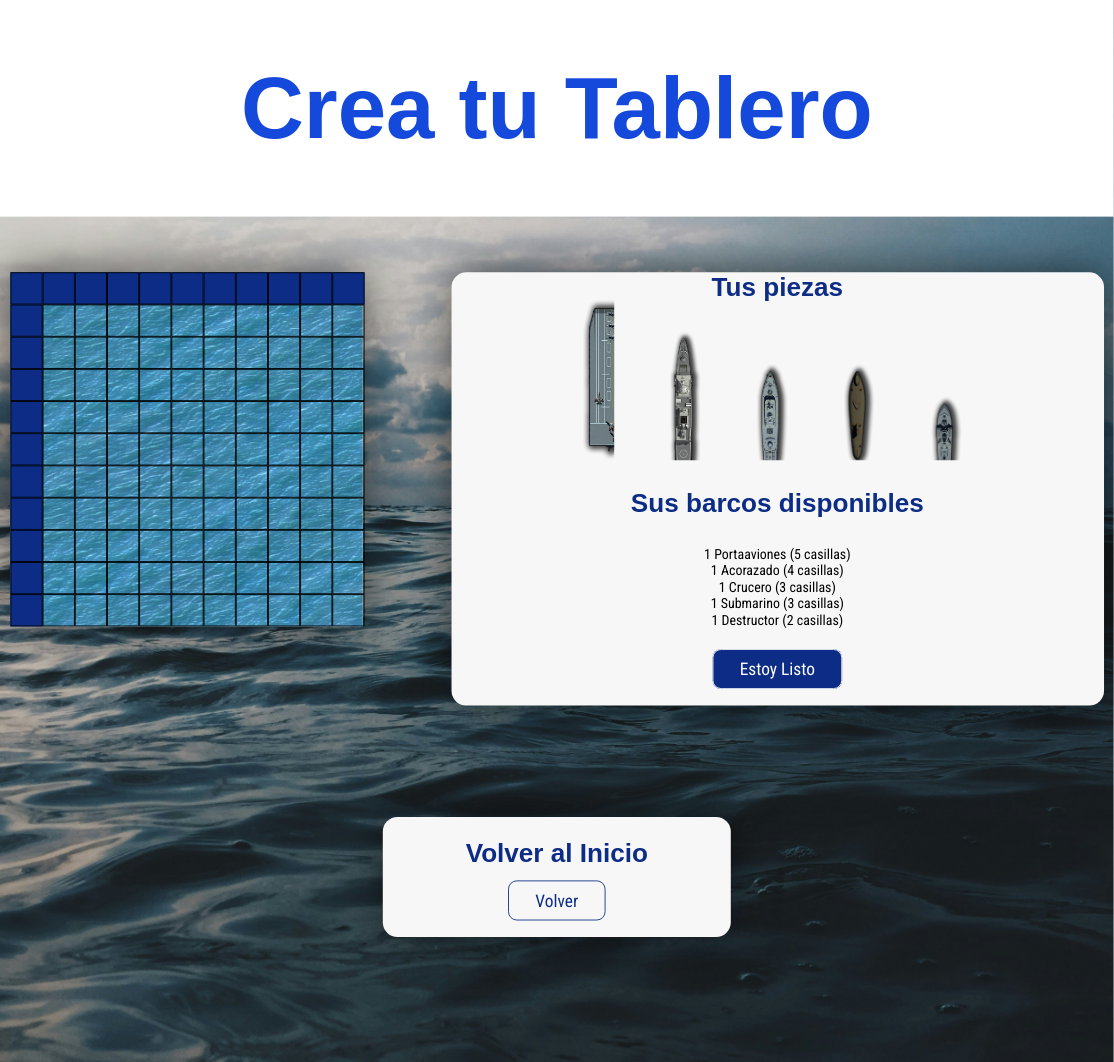
Repository: alfredorndon/taller-web-grupal
Page: client/tablero-barcos.html
These files come from the project's save history. The page is drawn as it stood at one moment and after the next save; the edit follows.
The browser window is 1280 px wide. The pictures show the whole page, at 87% of full size.
Some web fonts or font styles are not loaded; a fallback is used.

Above is the page before, as saved 2024-12-11 16:22:20.

After the next save:
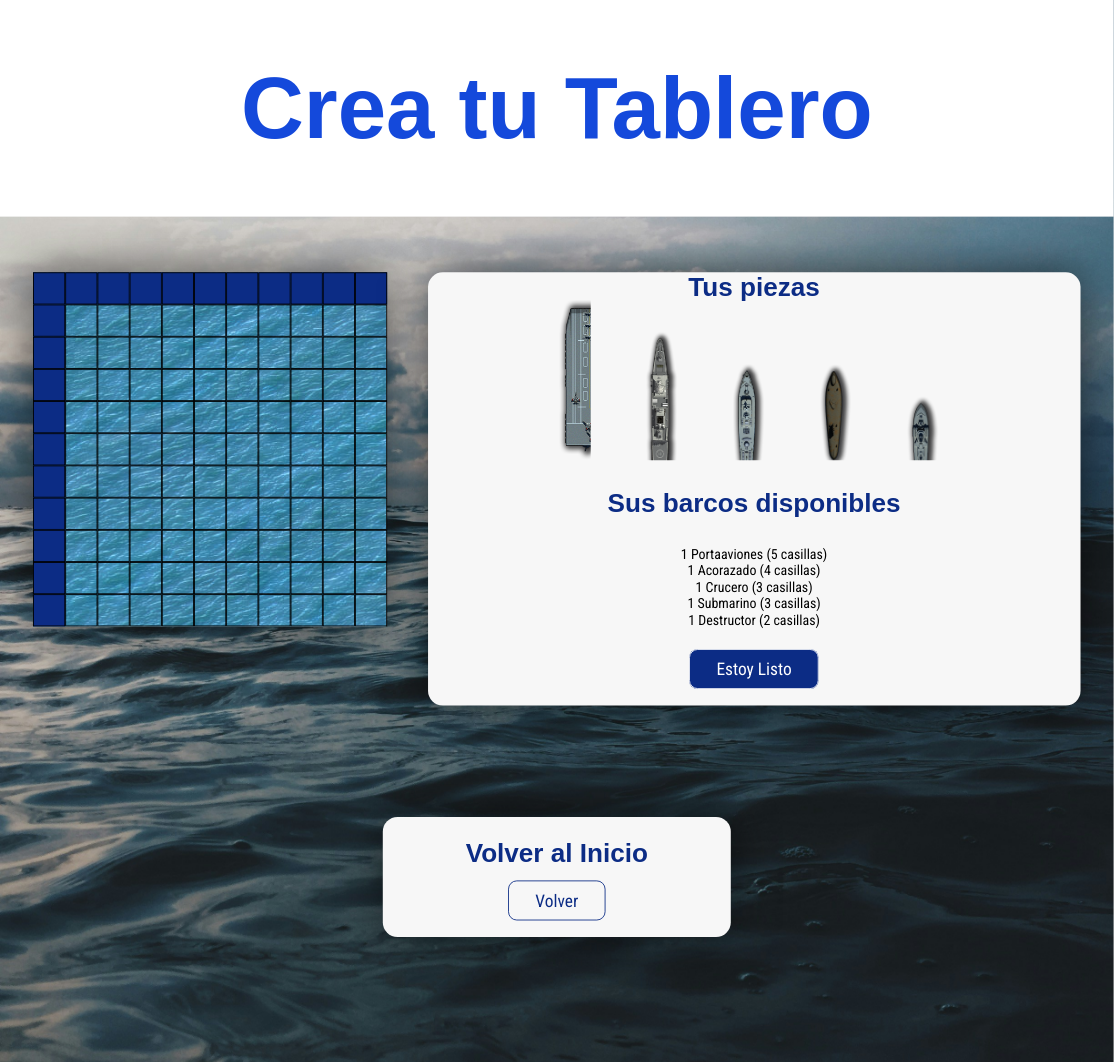
Saved 14 s later.
--- a/client/tablero-barcos.html
+++ b/client/tablero-barcos.html
@@ -19,7 +19,6 @@
         </header>
         <main>
             <section id="tableros">
-                <div class="tablero" id="tabla-p1"></div>
                 <div id="piezas">
                     <h2>Tus piezas</h2>
                     <div>
